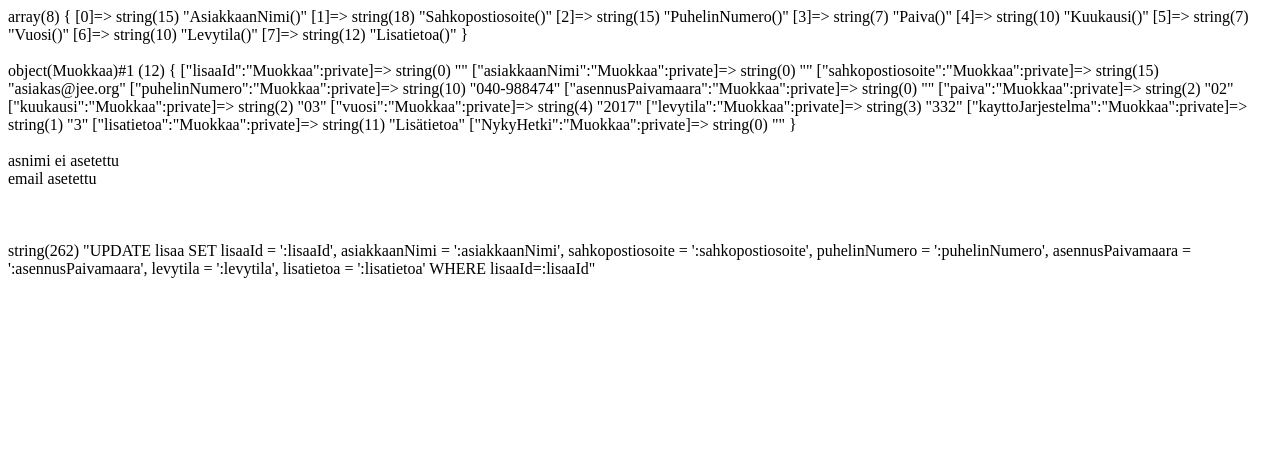
Repository: TommiKurjensalo/php
Page: http://localhost/test/function_to_function.php
An editor plug-in stored every save of this project. The page is shown before and after the next save, followed by the edit.
The browser window is 1280 px wide. The pictures show the whole page.
The page is run by PHP 8.4 with error messages shown; the project is at /var/www/html/.

Above is the page before, as saved 2017-04-25 16:49:37.

### sivut/test/function_to_function.php
<?php

$m = new Muokkaa("","asiakas@jee.org","040-988474","02","03","2017","332","3","Lisätietoa");

$m->muokkaaAsiakas($m);

class Muokkaa {

	// luokan attribuutit
	private $lisaaId = "";
	private $asiakkaanNimi = "";
	private $sahkopostiosoite = "";
	private $puhelinNumero = "";
	private $asennusPaivamaara = "";
	private $paiva = "";
	private $kuukausi = "";
	private $vuosi = "";
	private $levytila = "";
	private $kayttoJarjestelma = "";
	private $lisatietoa = "";
	private $NykyHetki = "";

	// Etsitään sopiva konstruktori
	function __construct() {
		$get_arguments       = func_get_args();
		$number_of_arguments = func_num_args();

		if (method_exists($this, $method_name = '__construct'.$number_of_arguments)) {
			call_user_func_array(array($this, $method_name), $get_arguments);
		}
	}


	// Luokan konstruktori
	public function __construct9($uusiAsiakkaanNimi = "", $uusiSahkopostiosoite = "", $uusiPuhelinNumero = "",
			$uusiPaiva = "", $uusiKuukausi = "", $uusiVuosi = "",
			$uusiLevytila = "", $uusiKayttoJarjestelma = "", $uusiLisatietoa = "")
	{

		// trim poistaa tyhjät merkkijonon alusta ja lopusta
		//$this->lisaaId = ($uusiId);
		$this->asiakkaanNimi = trim($uusiAsiakkaanNimi);
		$this->sahkopostiosoite = trim($uusiSahkopostiosoite);
		$this->puhelinNumero = trim($uusiPuhelinNumero);
		$this->paiva = trim($uusiPaiva);
		$this->kuukausi = trim($uusiKuukausi);
		$this->vuosi = trim($uusiVuosi);
		$this->levytila = trim($uusiLevytila);
		$this->kayttoJarjestelma = trim($uusiKayttoJarjestelma);
		$this->lisatietoa = trim($uusiLisatietoa);
	}

	// Luokan konstruktori haeAsiakas toimintoa varten
	public function __construct2($uusiId="", $uusiAsiakkaanNimi = "")

	{
		// trim poistaa tyhjät merkkijonon alusta ja lopusta
		$this->lisaaId = ($uusiId);
		$this->asiakkaanNimi = trim($uusiAsiakkaanNimi);
		$this->paiva = trim($uusiPaiva);
		$this->kuukausi = trim($uusiKuukausi);
		$this->vuosi = trim($uusiVuosi);
		$this->kayttoJarjestelma = trim($uusiKayttoJarjestelma);
	}

	// Muuttaa/asettaa lisaaId-attribuutin
	public function setLisaaId($uusiId) {
		$this->lisaaId = $uusiId;
	}

	// Palauttaa lisaaId-attribuutin
	public function getLisaaId() {
		return $this->lisaaId;
	}

	// Muuttaa/asettaa asiakkaanNimi-attribuutin
	public function setAsiakkaanNimi($uusiAsiakkaanNimi) {
		$this->asiakkaanNimi = $uusiAsiakkaanNimi;
	}

	// Palauttaa asiakkaanNimi-attribuutin
	public function getAsiakkaanNimi() {
		return $this->asiakkaanNimi;
	}


	// $empty kertoo, saako kenttä olla tyhjä (FALSE=>ei saa olla eli on pakollinen)
	// $min kertoo kentän minimipituuden merkkeinä
	// $max kertoo kentän maksimipituuden merkkeinä
	public function checkAsiakkaanNimi($required, $min, $max) {

		// Jos kenttä saa olla tyhjä ja se on tyhjä, ei ole virhettä
		if ($required === FALSE && strlen($this->asiakkaanNimi) == 0)
			return 0;

		if ($required === TRUE) {
			// Jos kenttä on tyhjä
			if (strlen($this->asiakkaanNimi) == 0)
				return 1;

			// Jos kentässä on liian vähän tai liikaa merkkejä
			if (strlen($this->asiakkaanNimi) < $min || strlen($this->asiakkaanNimi) > $max)
				return 2;

			// Jos kentässä on sinne kuulumattomia merkkejä
			if (preg_match("/[^a-zåäöA-ZÅÄÖ0-9 \-]/", $this->asiakkaanNimi))
				return 3;

		}
		// Ei ollut virheitä
		return 0;

	}

	// *******************************************************
	// Muuttaa/asettaa sahkopostiosoite-attribuutin
	public function setSahkopostiosoite($uusiSahkopostiosoite) {
		$this->sahkopostiosoite = $uusiSahkopostiosoite;
	}

	// Palauttaa sahkopostiosoite-attribuutin
	public function getSahkopostiosoite() {
		return $this->sahkopostiosoite;
	}

	public function checkSahkopostiosoite($required) {

		// Jos kenttä saa olla tyhjä ja se on tyhjä, ei ole virhettä
		if ($required === FALSE && strlen($this->sahkopostiosoite) == 0)
			return 0;

		if ($required == TRUE) {
			// Jos kenttä on tyhjä
			if (strlen($this->sahkopostiosoite) == 0)
				return 4;

			// Jos kentässä on sinne kuulumattomia merkkejä
			// Hyväksytyt merkit ovat A-Z a-z 0-9 . - ja maatunnus 2-4 merkkiä (A-Z a-z)
			if (!preg_match('/^[A-Öa-ö0-9._-]+@[A-Öa-ö0-9.-]+\.[A-Za-z]{2,4}$/', $this->sahkopostiosoite))
				return 5;

		}

		return 0;
	}

	// *******************************************************
	// Muuttaa/asettaa puhelinNumero-attribuutin
	public function setPuhelinNumero($uusiPuhelinNumero) {
		$this->puhelinNumero = $uusiPuhelinNumero;
	}

	// Palauttaa puhelinNumero-attribuutin
	public function getPuhelinNumero() {
		return $this->puhelinNumero;
	}

	public function checkPuhelinNumero($required, $min, $max) {

		// Jos kenttä saa olla tyhjä ja se on tyhjä, ei ole virhettä
		if ($required === FALSE && strlen($this->puhelinNumero) == 0)
			return 0;

		if ($required === TRUE) {
			// Jos kenttä on tyhjä
			if (strlen($this->puhelinNumero) == 0)
				return 6;

			// Jos kentässä on liian vähän merkkejä/numeroita
			if (strlen($this->puhelinNumero) < $min || strlen($this->puhelinNumero) > $max) {
				return 20;
			}
			// Jos kentässä on sinne kuulumattomia merkkejä
			// Sallittu vain numerot 0-9, välilyönti ja välimerkki '-'
			elseif (!preg_match('/^(\d){0,4}[-]{1}[(\d\s)]{0,17}$/D', $this->puhelinNumero)) {
				return 7;
			}

		}
		// Ei ollut virheitä
		return 0;
	}

	// *******************************************************
	// Muuttaa/asettaa asennusPaivamaara-attribuutin
	public function setAsennusPaivamaara($uusiAsennusPaivamaara) {
		$this->asennusPaivamaara = $uusiAsennusPaivamaara;
	}

	// Palauttaa asennusPaivamaara-attribuutin
	public function getAsennusPaivamaara() {
		return $this->asennusPaivamaara;
	}

	// *******************************************************
	// Muuttaa/asettaa paiva-attribuutin
	public function setPaiva($uusiPaiva) {
		$this->paiva = $uusiPaiva;
	}

	// Palauttaa paiva-attribuutin
	public function getPaiva() {
		return $this->paiva;
	}

	// *******************************************************
	// Muuttaa/asettaa kuukausi-attribuutin
	public function setKuukausi($uusiKuukausi) {
		$this->kuukausi = $uusiKuukausi;
	}

	// Palauttaa kuukausi-attribuutin
	public function getKuukausi() {
		return $this->kuukausi;
	}

	// *******************************************************
	// Muuttaa/asettaa vuosi-attribuutin
	public function setVuosi($uusiVuosi) {
		$this->vuosi = $uusiVuosi;
	}

	// Palauttaa vuosi-attribuutin
	public function getVuosi() {
		return $this->vuosi;
	}

	// Palauttaa nykyhetki-attribuutin
	// Käytetään testaukseen
	public function getNykyHetki() {
		return $this->NykyHetki;
	}

	public function checkAsennusPaivamaara($required) {


		if ($required === TRUE) {
			// Jos kentät on tyhjiä

			if (strpos($this->paiva, 'none') !==FALSE || strpos($this->kuukausi, 'none') !==FALSE
					|| strpos($this->vuosi, 'none') !==FALSE) {
						return 8;
					}
					// Määritellään muuttujia päivämäärän tulevaisuuden tarkistamista varten
					$paivaFormaatti='j.n.Y';
					$nykyHetki = new DateTime('now', new DateTimeZone('Europe/Helsinki'));
					// Muutetaan tuodut päivä,kuukausi ja vuositiedot DateTime muotoon, jotta sitä voidaan helpommin vertailla
					// ja viedä yhdellä muuttujalle tiedot sivulle
					$DateAsennusPaivamaara = DateTime::createFromFormat($paivaFormaatti,"$this->paiva.$this->kuukausi.$this->vuosi");
					$this->asennusPaivamaara = $DateAsennusPaivamaara;
					$this->NykyHetki = $nykyHetki;

					// Jos asetettu päivämääärä on tulevaisuudessa
					if($DateAsennusPaivamaara > $nykyHetki)
						return 9;
		}
		// Muuten palautetaan 0, aka kaikki hyvin
		return 0;
	}

	public function setErotteleAsennusPaivamaara($asennusPaivamaara) {

		if (!empty($asennusPaivamaara)) {
			list($uusiVuosi,$uusiKuukausi,$UusiPaiva) = explode(".",$asennusPaivamaara);

			$this->setPaiva($UusiPaiva);
			$this->setKuukausi($uusiKuukausi);
			$this->setVuosi($uusiVuosi);
		}


	}

	// *******************************************************
	// Muuttaa/asettaa levytila-attribuutin
	public function setLevytila($uusiLevytila) {
		$this->levytila = $uusiLevytila;
	}

	// Palauttaa levytila-attribuutin
	public function getLevytila() {
		return $this->levytila;
	}

	public function checkLevytila($required) {

		// Jos kenttä saa olla tyhjä ja se on tyhjä, ei ole virhettä
		if ($required === FALSE && strlen($this->levytila) == 0)
			return 0;

		if ($required === TRUE) {
			// Jos kenttä on tyhjä
			if (strlen($this->levytila) == 0)
				return 10;

			// Jos kentässä on sinne kuulumattomia merkkejä
			if (preg_match("[\d{1-5}]", $this->levytila))
				return 11;

			// Jos levytila on 0 tai negatiivinen kokonaisluku
			if ($this->levytila <= 0)
				return 21;
		}

		return 0;
	}

	// *******************************************************
	// Muuttaa/asettaa kayttoJarjestelma-attribuutin
	public function setKayttoJarjestelma($uusiKayttoJarjestelma) {
		$this->kayttoJarjestelma = $uusiKayttoJarjestelma;
	}

	// Palauttaa kayttoJarjestelma-attribuutin
	public function getKayttoJarjestelma() {
		return $this->kayttoJarjestelma;
	}

	public function checkKayttoJarjestelma($required) {

		// Jos kenttä saa olla tyhjä ja se on tyhjä, ei ole virhettä
		if ($required === FALSE && strlen($this->kayttoJarjestelma) == 0)
			return 0;

		if ($required === TRUE) {
			// Jos käyttöjärjestelmää ei ole valittu
			if (strpos($this->kayttoJarjestelma, 'none') !==FALSE)
				return 12;
		}
		// Ei ollut virheitä
		return 0;
	}

	// *******************************************************
	// Muuttaa/asettaa kayttoJarjestelma-attribuutin
	public function setLisatietoa($uusiLisatietoa) {
		$this->lisatietoa = $uusiLisatietoa;
	}

	// Palauttaa kayttoJarjestelma-attribuutin
	public function getLisatietoa() {
		return $this->lisatietoa;
	}

	public function checkLisatietoa ($required, $min, $max) {

		// Jos kenttä saa olla tyhjä ja se on tyhjä, ei ole virhettä
		if ($required === FALSE && strlen($this->lisatietoa) == 0)
			return 0;


		if ($required === TRUE) {
			// Jos kenttä on tyhjä
			if (strlen($this->lisatietoa) == 0)
				return 13;

			// Jos kentässä on liian vähän tekstiä
			if (strlen($this->lisatietoa) < $min || strlen($this->lisatietoa) > $max)
				return 14;

		}
		// Ei ollut virheitä
		return 0;
	}

public function muokkaaAsiakas($muokkaa) {

	$tulos = array();
	$table = 'lisaa';
	$where = 'lisaaId=:lisaaId';
	$a = '$muokkaa->get';
	$lista = ['AsiakkaanNimi()','Sahkopostiosoite()','PuhelinNumero()','Paiva()','Kuukausi()','Vuosi()','Levytila()','Lisatietoa()'];

	var_dump($lista);
	echo "<br><br>";
	var_dump($muokkaa);

	echo "<br><br>";

	echo (!empty($muokkaa->getAsiakkaanNimi()) ? 'asnimi asetettu':'asnimi ei asetettu');
	echo "<br>";
	echo (!empty($muokkaa->getSahkopostiosoite()) ? 'email asetettu':'email ei asetettu');

	echo "<br><br>";
	for ($i=0; $i<=7; $i++) {
		if (!empty($muokkaa->getAsiakkaanNimi())) {
			echo 'asetettu: ' .$lista[$i].'<br>';
		}
	}

	$data = ["lisaaId" => ":lisaaId","asiakkaanNimi" => ":asiakkaanNimi","sahkopostiosoite"=>":sahkopostiosoite","puhelinNumero"=>":puhelinNumero",
			"asennusPaivamaara"=>":asennusPaivamaara","levytila"=>":levytila","lisatietoa"=>":lisatietoa"];

	function build_sql_update($table, $data, $where)
	{
		$cols = array();

		foreach($data as $key=>$val) {
			$cols[] = "$key = '$val'";
		}
		$sql = "UPDATE $table SET " . implode(', ', $cols) . " WHERE $where";

		return $sql;
	}

	$sql_lisaa = build_sql_update($table,$data,$where);
	//$sql_lisaa = Muokkaa::build_sql_update($table, $data, $where);
	echo "<br><br>";
	var_dump($sql_lisaa);
}
}
?>

After the next save:
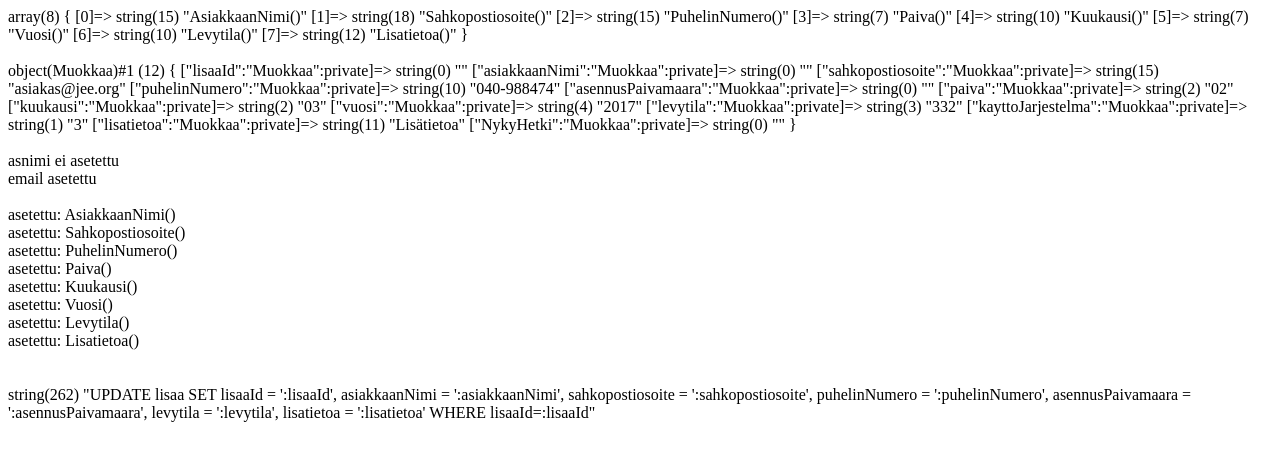
Saved 8 s later.
--- a/sivut/test/function_to_function.php
+++ b/sivut/test/function_to_function.php
@@ -383,7 +383,7 @@ public function muokkaaAsiakas($muokkaa) {
 
 	echo "<br><br>";
 	for ($i=0; $i<=7; $i++) {
-		if (!empty($muokkaa->getAsiakkaanNimi())) {
+		if (!empty($muokkaa->getSahkopostiosoite())) {
 			echo 'asetettu: ' .$lista[$i].'<br>';
 		}
 	}
